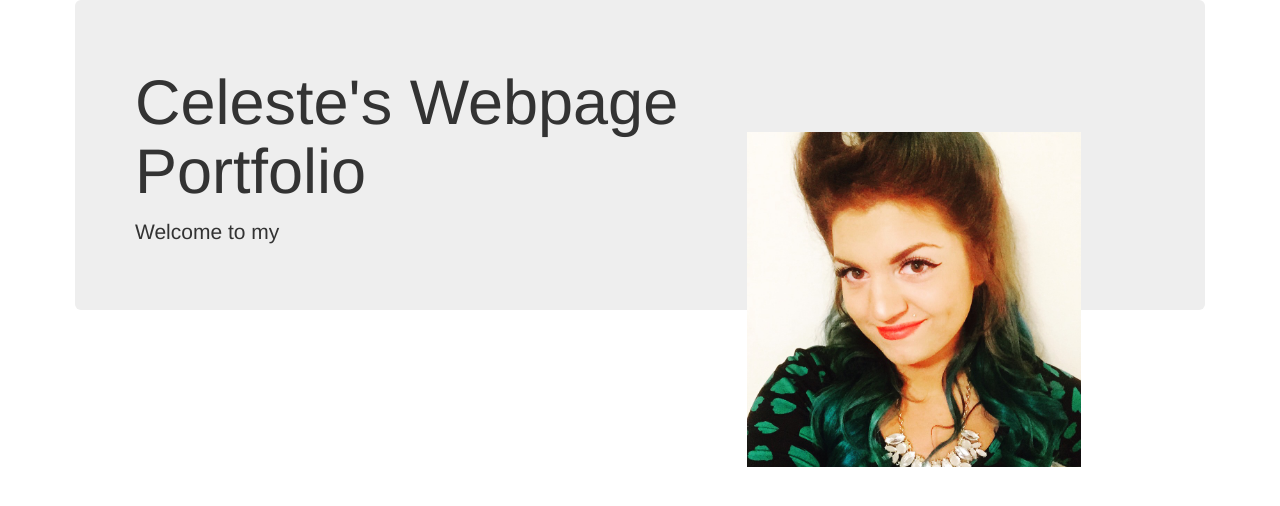
Repository: fieldceleste/portfolio-celeste
Page: portfolio-celeste.html
These files come from the project's save history. The page is drawn as it stood at one moment and after the next save; the edit follows.
The browser window is 1280 px wide. The pictures show the whole page.

Above is the page before, as saved 2019-11-01 12:14:38.

After the next save:
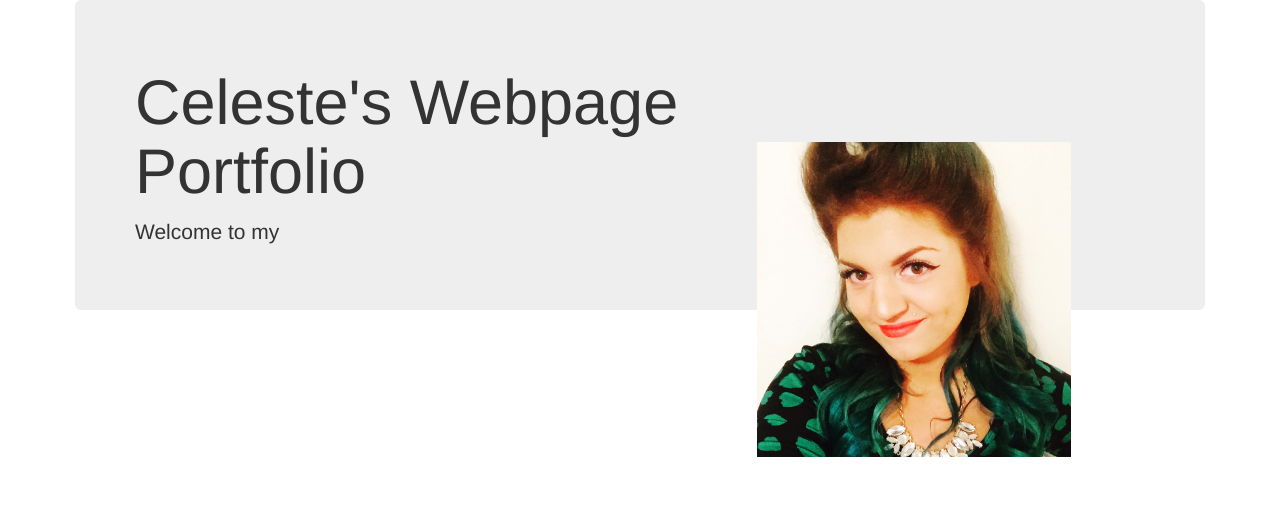
Saved 54 s later.
--- a/css/styles.css
+++ b/css/styles.css
@@ -2,6 +2,6 @@ img{
 float:right;
 width: 45%;
 height:45%;
-padding: 60px;
+padding: 70px;
 margin: 4px;
 }
